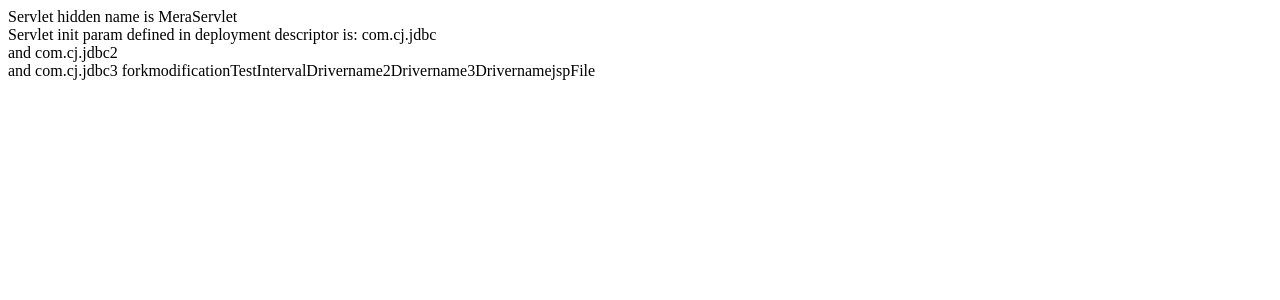
Repository: kamalsingh7290/ServletANDjsp
Page: http://localhost/JSP_Config/kamal
These files come from the project's save history. The page is drawn as it stood at one moment and after the next save; the edit follows.
The browser window is 1280 px wide. The pictures show the whole page.
The page is served by Tomcat 9.

Above is the page before, as saved 2022-01-28 11:08:37.

After the next save:
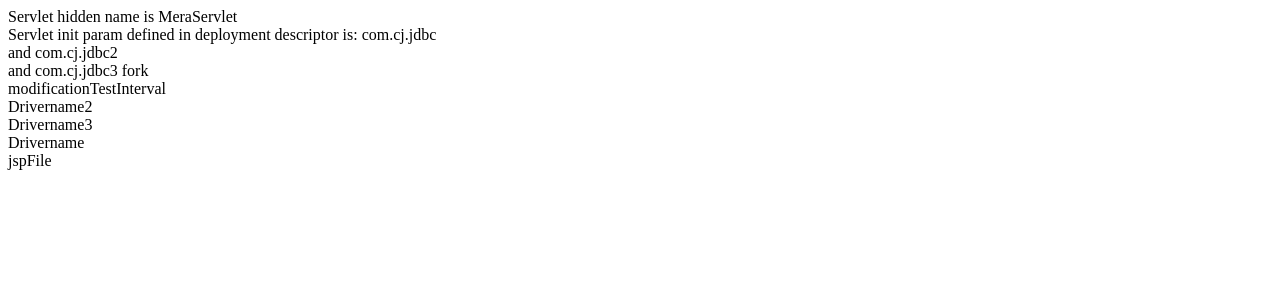
Saved 101 s later.
--- a/JSP_Config/src/main/webapp/Index.jsp
+++ b/JSP_Config/src/main/webapp/Index.jsp
@@ -17,7 +17,7 @@ and <%=config.getInitParameter("Drivername2") %><br> and <%=config.getInitParame
 <%
 while(e.hasMoreElements())
 {
-	out.print((Object)e.nextElement());
+	out.print((Object)e.nextElement()+"<br>");
 }
 
 %>
